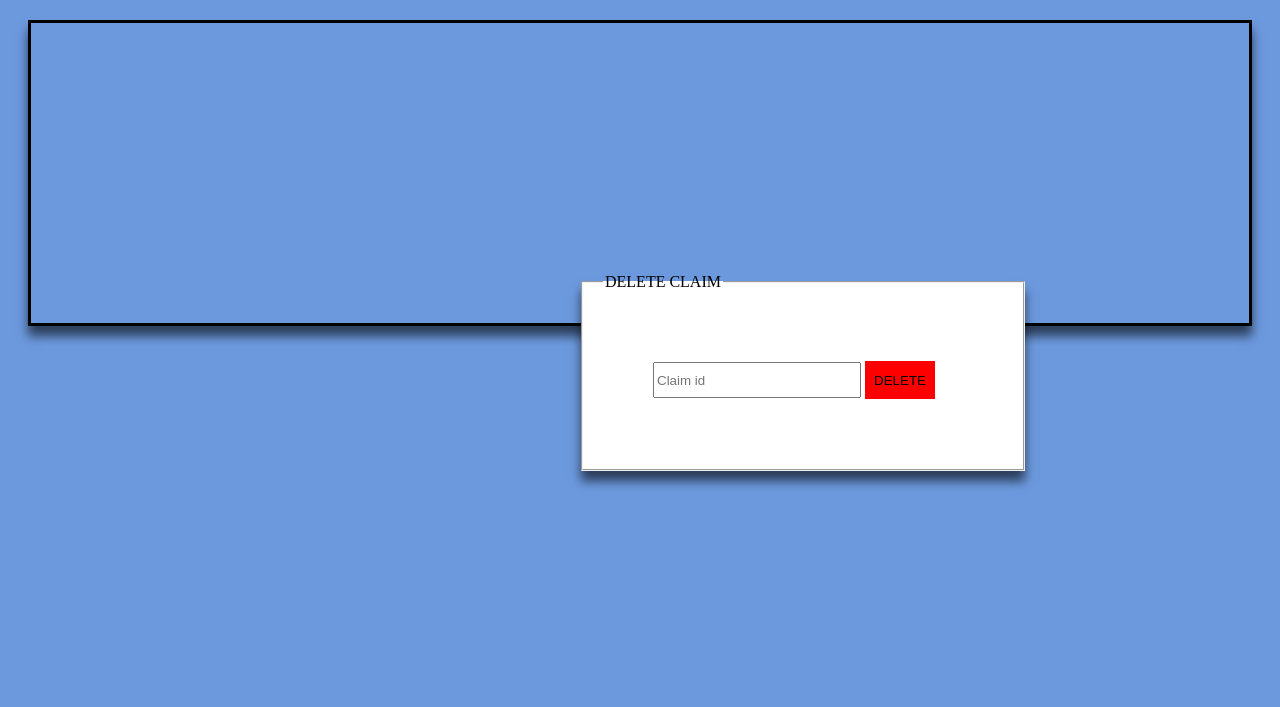
Repository: Nihara-R/Vehicle-Insurance-Portal
Page: http://localhost/delete_claim.php
An editor plug-in stored every save of this project. The page is shown before and after the next save, followed by the edit.
The browser window is 1280 px wide. The pictures show the whole page.
The page is run by PHP 8.4 with error messages shown; the project is at /var/www/html/.

Above is the page before, as saved 2023-06-29 08:57:09.

### delete_claim.php
<!DOCTYPE html>
<html lang="en" dir="ltr">
  <head>
    <meta charset="utf-8">
    <title></title>
    <link rel="stylesheet" href="css/deletuser.css">
  </head>
  <body>
    <div class="deletebox">
    <fieldset>
<legend>DELETE CLAIM</legend>

    <form class="" action="include/delet_claim.inc.php" method="post">

      <input type="text" name="id" value="" placeholder="Claim id" class="textbox">

      <input type="submit" name="submit" value="DELETE" class="button">

</fieldset>
</div>
    </form>

  </body>
</html>

### css/deletuser.css
body{
  background: #6C99DE;
}
form{
margin: 50px;
}
.deletebox{
  margin: 20px;
  padding: 50px;
  height: 200px;
  border: 3px solid black;
  box-shadow: 0 10px 10px rgba(0,0, 0, 0.60);
}
fieldset{
  width: 400px;
  padding: 20px;
  align-items: center;
  justify-content: center;
  margin-left: 500px;
  margin-top: 200px;
  box-shadow: 0 10px 10px rgba(0,0, 0, 0.60);
  background: white;
}
.button{
  background: red;
  height: 38px;
  width: 70px;
  border: none;
}
.textbox{
  height: 30px;
  width: 200px;

}

After the next save:
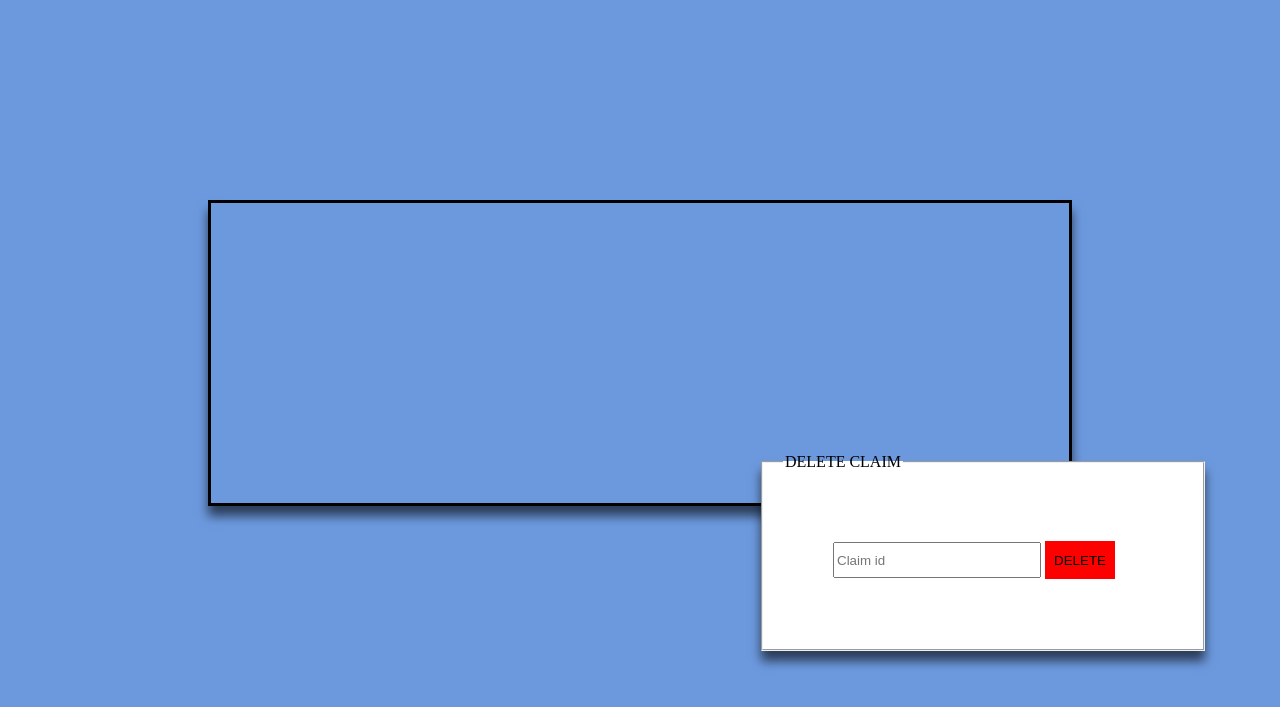
Saved 68 s later.
--- a/css/deletuser.css
+++ b/css/deletuser.css
@@ -5,7 +5,7 @@ form{
 margin: 50px;
 }
 .deletebox{
-  margin: 20px;
+  margin: 200px;
   padding: 50px;
   height: 200px;
   border: 3px solid black;
